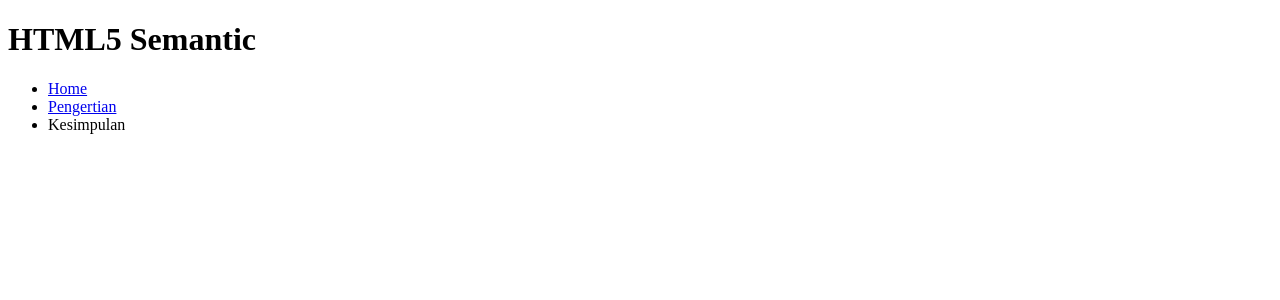
Repository: DejanAmru/dejan-praktikum
Page: modul-4/4.html
The author's editor kept a copy of each file at every save. The page is drawn from the files as they stood at one save, then again after a run of saves.
The browser window is 1280 px wide. The pictures show the whole page.

Above is the page before, as saved 2025-10-24 14:35:28.

### modul-4/4.html
<!DOCTYPE html>
<header>
    <h1>HTML5 Semantic</h1>
</header>
<nav>
    <ul>
        <li><a href="#home">Home</a></li>
        <li><a href="#pengertian">Pengertian</a></li>
        <li><a href="#kesimpulan"></a>Kesimpulan</li>
    </ul>
</nav>
<section></section>

After the next 5 saves:
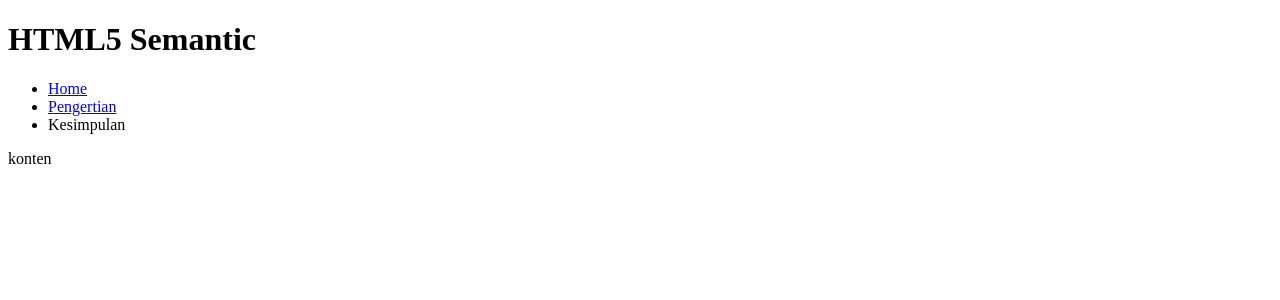
The 5 saves are shown as one change because they came seconds apart.
The last was saved 14 s later.
--- a/modul-4/4.html
+++ b/modul-4/4.html
@@ -9,4 +9,7 @@
         <li><a href="#kesimpulan"></a>Kesimpulan</li>
     </ul>
 </nav>
-<section></section>
+<section>
+    konten
+</section>
+<fott
